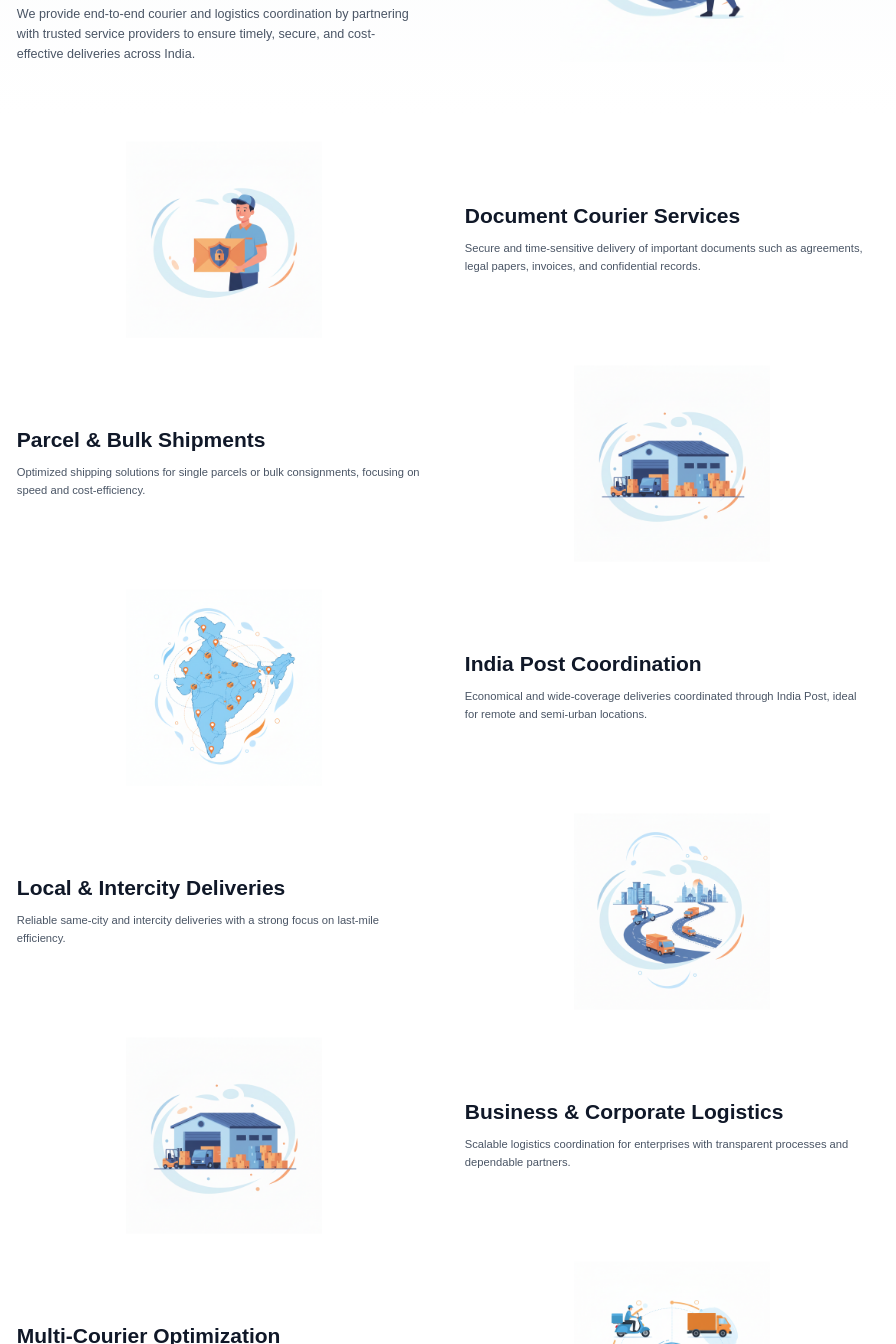
Repository: Rohit-foryou/Courier-Portfolio
Page: /services
The author's editor kept a copy of each file at every save. The page is drawn from the files as they stood at one save, then again after the next save.
The browser window is 1280 px wide. The pictures show the part of the page from y = 385 to 2305 px (the page is 4044 px tall before and 4004 px after), at 70% of full size.
The project was rebuilt for these pictures with package versions that can differ from the ones it lists, and the page was loaded fresh each time. The framework's server and built-in components were replaced by stand-ins that run in the browser. Also part of the build but not shown: next.config.ts.

Above is the page before, as saved 2026-02-10 00:38:28.

After the next save:
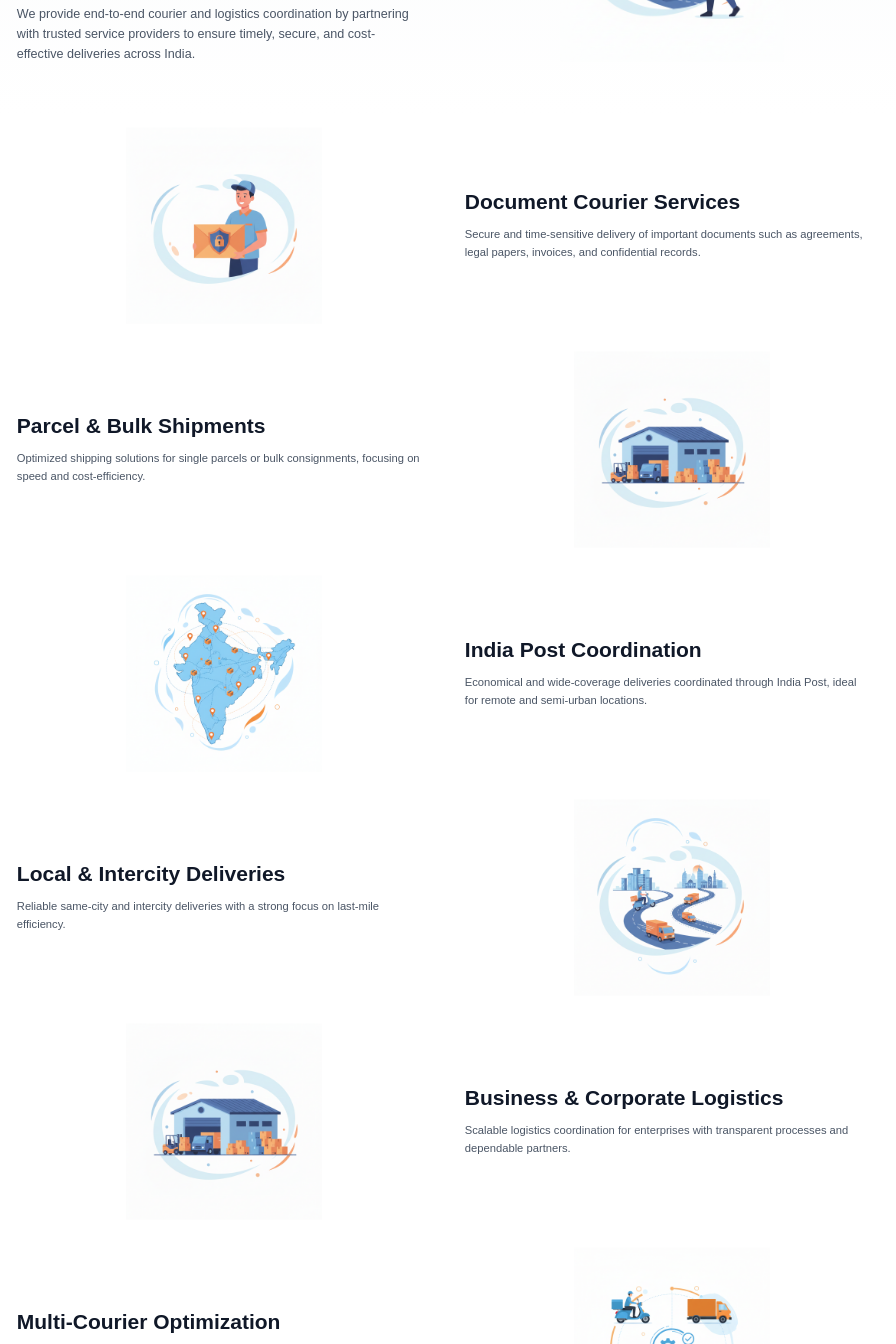
Saved 9 s later.
--- a/app/services/page.tsx
+++ b/app/services/page.tsx
@@ -71,7 +71,7 @@
       </section>
 
       {/* CORE SERVICES */}
-      <section className="bg-white py-10">
+      <section className="bg-white py-5">
         <div className="max-w-7xl mx-auto px-6 space-y-10">
           {services.map((s, i) => {
             const imageLeft = i % 2 === 0; // 👈 FIRST IMAGE LEFT
